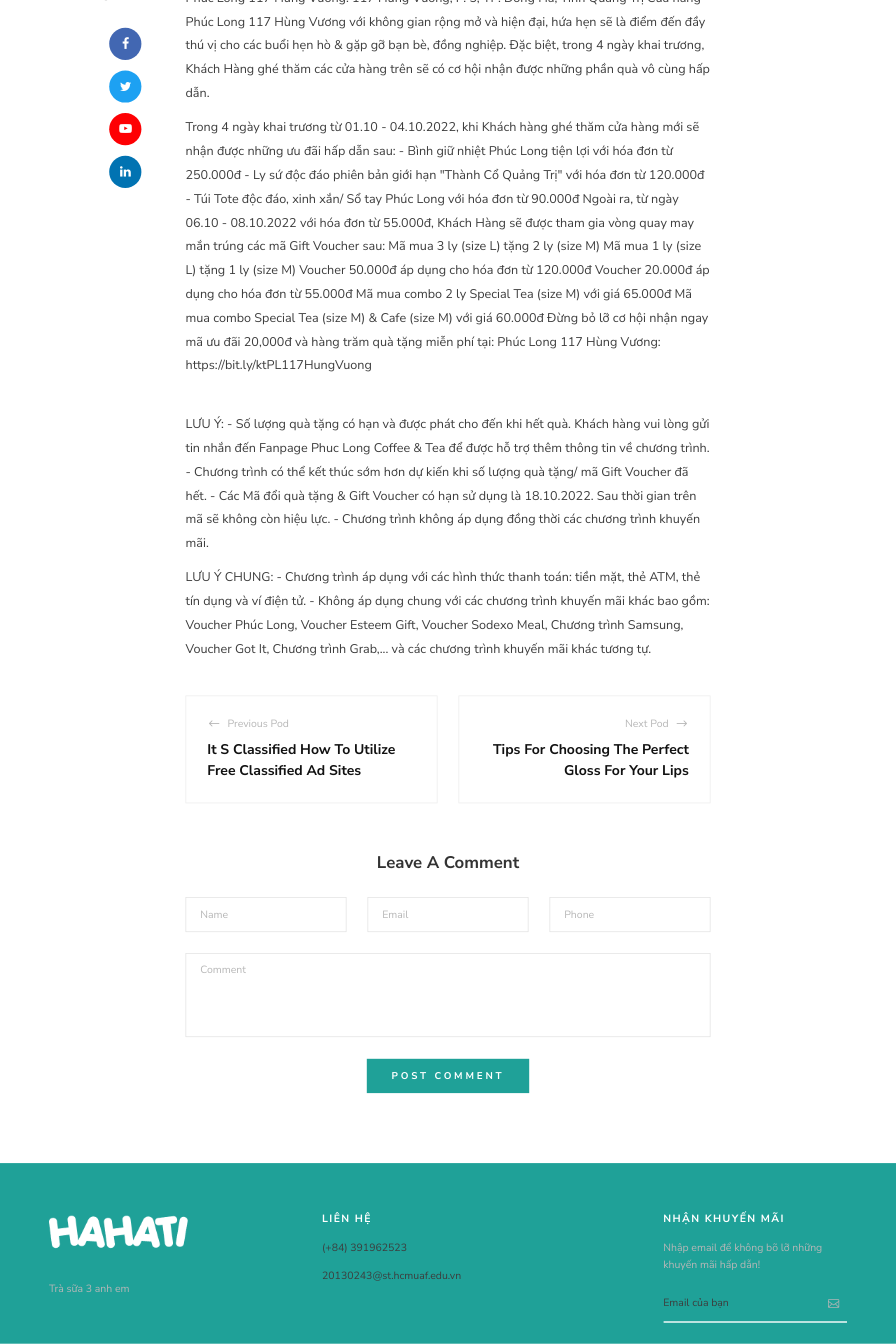
Repository: letrongtinh27/template
Page: blog-details.html
These files come from the project's save history. The page is drawn as it stood at one moment and after the next save; the edit follows.
The browser window is 1280 px wide. The pictures show the part of the page from y = 1221 to 3141 px (the page is 3141 px tall before and 2573 px after), at 70% of full size.

Above is the page before, as saved 2022-10-27 08:50:36.

After the next save:
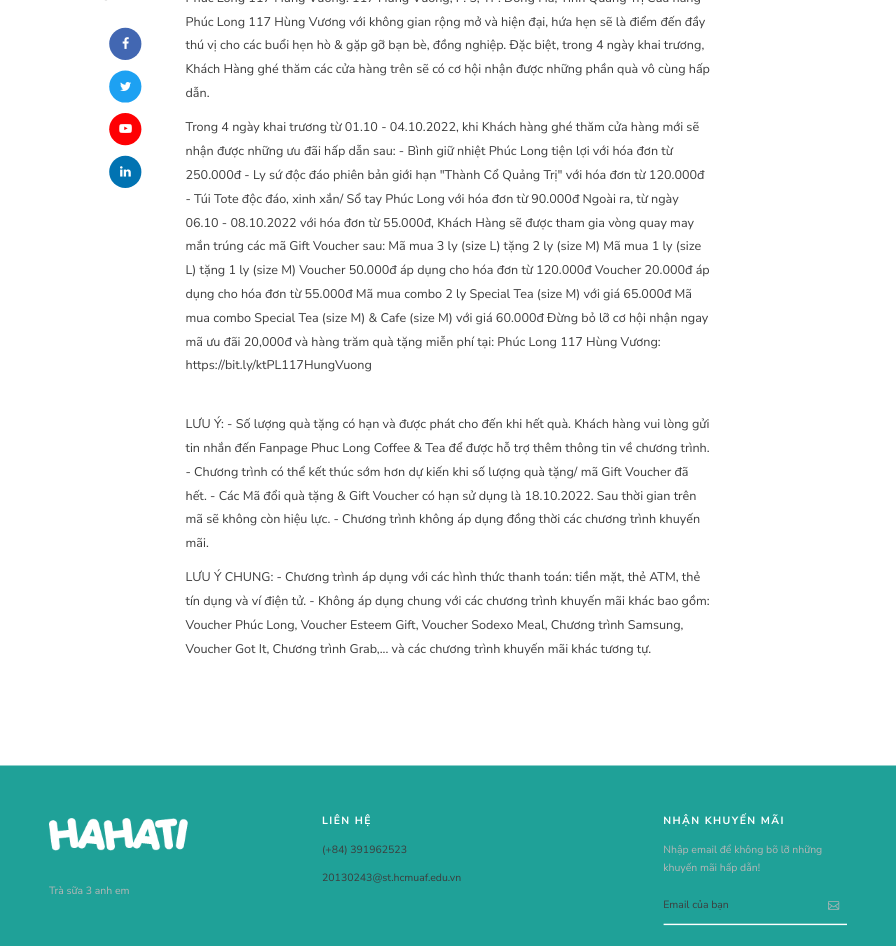
Saved 27 s later.
--- a/blog-details.html
+++ b/blog-details.html
@@ -172,42 +172,6 @@
 
                                 - Không áp dụng chung với các chương trình khuyến mãi khác bao gồm: Voucher Phúc Long, Voucher Esteem Gift, Voucher Sodexo Meal, Chương trình Samsung, Voucher Got It, Chương trình Grab,... và các chương trình khuyến mãi khác tương tự.</p>
                         </div>
-                        <div class="blog__details__btns">
-                            <div class="row">
-                                <div class="col-lg-6 col-md-6 col-sm-6">
-                                    <a href="" class="blog__details__btns__item">
-                                        <p><span class="arrow_left"></span> Previous Pod</p>
-                                        <h5>It S Classified How To Utilize Free Classified Ad Sites</h5>
-                                    </a>
-                                </div>
-                                <div class="col-lg-6 col-md-6 col-sm-6">
-                                    <a href="" class="blog__details__btns__item blog__details__btns__item--next">
-                                        <p>Next Pod <span class="arrow_right"></span></p>
-                                        <h5>Tips For Choosing The Perfect Gloss For Your Lips</h5>
-                                    </a>
-                                </div>
-                            </div>
-                        </div>
-                        <div class="blog__details__comment">
-                            <h4>Leave A Comment</h4>
-                            <form action="#">
-                                <div class="row">
-                                    <div class="col-lg-4 col-md-4">
-                                        <input type="text" placeholder="Name">
-                                    </div>
-                                    <div class="col-lg-4 col-md-4">
-                                        <input type="text" placeholder="Email">
-                                    </div>
-                                    <div class="col-lg-4 col-md-4">
-                                        <input type="text" placeholder="Phone">
-                                    </div>
-                                    <div class="col-lg-12 text-center">
-                                        <textarea placeholder="Comment"></textarea>
-                                        <button type="submit" class="site-btn">Post Comment</button>
-                                    </div>
-                                </div>
-                            </form>
-                        </div>
                     </div>
                 </div>
             </div>
